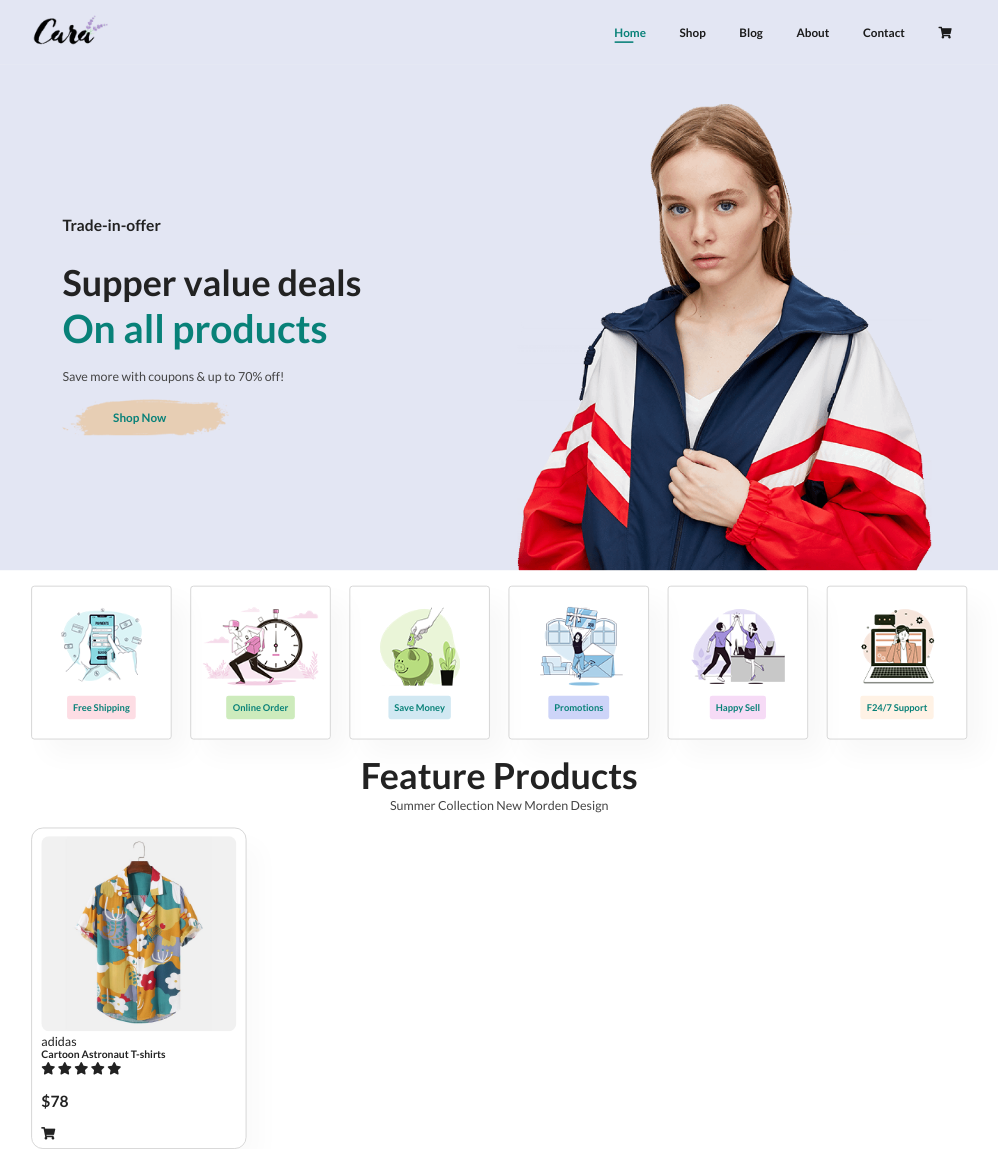
Repository: Nguyenductuan-dev/Website-Clothes
Page: index.html
These files come from the project's save history. The page is drawn as it stood at one moment and after the next save; the edit follows.
The browser window is 1280 px wide. The pictures show the whole page, at 78% of full size.

Above is the page before, as saved 2022-04-26 00:53:27.

### index.html
<!DOCTYPE html>
<html lang="en">
<head>
    <meta charset="UTF-8">
    <meta http-equiv="X-UA-Compatible" content="IE=edge">
    <meta name="viewport" content="width=device-width, initial-scale=1.0">
    <link rel="shortcut icon" href="assets/imgs/favicon.png" type="image/x-icon">
    <link rel="stylesheet" href="https://cdnjs.cloudflare.com/ajax/libs/font-awesome/5.15.1/css/all.min.css" />
    <link rel="preconnect" href="https://fonts.googleapis.com">
    <link rel="preconnect" href="https://fonts.gstatic.com" crossorigin>
    <link href="https://fonts.googleapis.com/css2?family=Lato:wght@400;700&family=Montserrat:ital,wght@0,200;0,300;0,400;0,500;0,600;0,700;1,600&display=swap" rel="stylesheet">
    <link rel="stylesheet" href="assets/css/style.css">
    <title>Website Clothes</title>
</head>
<body>
    <!-- ======================= HEADER ====================== -->
    <header class="header " id="header">
        <div class="header__container container">
            <a href="index.html" class="header__logo">
                <img src="assets/images/logo.png" alt="" class="header__logo-img">
            </a>

            <div class="navbar" id="navbar">
                <ul class="navbar__list">
                    <li class="navbar__item ">
                        <a href="index.html" class="navbar__link navbar__active">Home</a>
                    </li>
                    <li class="navbar__item">
                        <a href="shop.html" class="navbar__link">Shop</a>
                    </li>
                    <li class="navbar__item">
                        <a href="blog.html" class="navbar__link">Blog</a>
                    </li>
                    <li class="navbar__item">
                        <a href="about.html" class="navbar__link">About</a>
                    </li>
                    <li class="navbar__item">
                        <a href="contact.html" class="navbar__link">Contact</a>
                    </li>
                    <li class="navbar__item">
                        <a href="cart.html" class="navbar__link">
                            <i class="fas fa-shopping-cart"></i>
                        </a>
                    </li>
                </ul>
            </div>
        </div>
    </header>

    <!-- ======================= BANNER ====================== -->
    <section class="banner" id="banner">
        <div class="banner__container container">
            <h4>Trade-in-offer</h4>
            <h2>Supper value deals</h2>
            <h1>On all products</h1>
            <p>Save more with coupons & up to 70% off!</p>
            <button class="banner__btn">
                Shop Now
            </button>
        </div>
    </section>

    <!-- ======================= FEATURE ====================== -->
    <section class="feature container" id="feature">
        <div class="feature__box">
            <img src="assets/images/features/f1.png" alt="" class="feature__img">
            <h6 class="feature__title">Free Shipping</h6>
        </div>
        <div class="feature__box">
            <img src="assets/images/features/f2.png" alt="" class="feature__img">
            <h6 class="feature__title">Online Order</h6>
        </div>
        <div class="feature__box">
            <img src="assets/images/features/f3.png" alt="" class="feature__img">
            <h6 class="feature__title">Save Money</h6>
        </div>
        <div class="feature__box">
            <img src="assets/images/features/f4.png" alt="" class="feature__img">
            <h6 class="feature__title">Promotions</h6>
        </div>
        <div class="feature__box">
            <img src="assets/images/features/f5.png" alt="" class="feature__img">
            <h6 class="feature__title">Happy Sell</h6>
        </div>
        <div class="feature__box">
            <img src="assets/images/features/f6.png" alt="" class="feature__img">
            <h6 class="feature__title">F24/7 Support</h6>
        </div>
    </section>

    <!-- ======================= PRODUCTS ====================== -->
    <section class="product1 container" id="product1">
        <div class="product1__heading">
            <h2 class="product1__heading-title">Feature Products</h2>
            <p class="product1__heading-description">Summer Collection New Morden Design</p>
        </div>
        <div class="product1__list">
            <div class="product1__item">
                <a href="" class="product1__link">
                    <img src="assets/images/products/f1.jpg" alt="" class="product1__img">
                    <div class="product1__des">
                        <span class="product1__brand">adidas</span>
                        <h5 class="product1__title">Cartoon Astronaut T-shirts</h5>
                        <div class="product1__rate">
                            <i class="fas fa-star"></i>
                            <i class="fas fa-star"></i>
                            <i class="fas fa-star"></i>
                            <i class="fas fa-star"></i>
                            <i class="fas fa-star"></i>
                        </div>
                        <h4 class="product1__price">$78</h4>
                    </div>
                    <a href="#" class="product1__cart">
                        <i class="fas fa-shopping-cart"></i>
                    </a>
                </a>
            </div>
        </div>
    </section>

    <script src="assets/js/main.js"></script>
</body>
</html>

### assets/css/style.css
* {
    margin: 0;
    padding: 0;
    box-sizing: border-box;
    font-family: 'Lato', sans-serif;
}
h1 {
    font-size: 50px;
    line-height: 64px;
    color: #222;
}
h2 {
    font-size: 46px;
    line-height: 54px;
    color: #222;
}

h4 {
    font-size: 20px;
    line-height: 64px;
    color: #222;
}
h6 {
    font-weight: 700;
    font-size: 12px;
}
p {
    font-size: 16px;
    color: #444;
}
a {
    text-decoration: none;
    color: #222;
}
ul, li {
    list-style: none;
    padding: 0;
    margin: 0;
}
body {
    width: 100%;
}
.container {
    max-width: 1200px;
    margin: auto;
}
/* ================ HEADER =================== */
.header {
    background-color: #e3e6f3;
    box-shadow: 0 5px 15px rgba(0, 0, 0, .06);
    padding: 20px 0;
}
.header__container {
    max-width: 1200px;
    display: flex;
    justify-content: space-between;
    align-items: center;
    margin: auto;
}
.navbar {
    display: inline-block;
}
.navbar__item {
    display: inline-block;
    list-style: none;
    padding: 0 20px;
    position: relative;
}
.navbar__link {
    text-decoration: none;
    color: #1a1a1a;
    font-size: 15px;
    font-weight: 600;
    transition: .3s ease;

}
.navbar__link:hover,
.navbar__link.navbar__active {
    color: #088178;
}
.navbar__active::after,
.navbar__link:hover::after {
    content: '';
    width: 30%;
    height: 2px;
    background-color: #088178;
    position: absolute;
    bottom: -4px;
    left: 20px;
}
.scroll-header {
    position: fixed;
    top: 0;
    left: 0;
    width: 100%;
    padding: 10px 0;
    transition: .4s;
}
/* ================ BANNER =================== */
.banner {
    background-image: url('../images/hero4.png');
    width: 100%;
    background-position: top 25% right 0;
    background-size: cover;
    padding: 0 80px;
}
.banner__container {
    display: flex;
    height: 90vh;
    flex-direction: column;
    align-items: flex-start;
    justify-content: center;
}
.banner__container h4 {
    padding-bottom: 15px;
}
.banner__container h1 {
    color: #088178;
}
.banner__container p {
    padding: 20px 0;
}
.banner__container .banner__btn {
    background-image: url('../images/button.png');
    background-color: transparent;
    color: #088178;
    border: none;
    padding: 14px 80px 14px 65px;
    background-repeat: no-repeat;
    cursor: pointer;
    font-weight: 700;
    font-size: 15px;
}
/* ================ FEATURE =================== */
.feature {
    display: flex;
    justify-content: space-between;
    align-items: center;
    flex-wrap: wrap;
}
.feature__box {
    width: 180px;
    box-shadow: 20px 20px 34px rgba(0, 0, 0, .03);
    border: 1px solid #ccc;
    text-align: center;
    padding: 25px 15px;
    border-radius: 4px;
    margin-top: 20px;
}
.feature__box:hover {
    box-shadow: 10px 10px 54px rgba(70, 62, 211, .1);
}
.feature__img {
    width: 100%;
    margin-bottom: 10px;
}
.feature__title {
    padding: 9px 8px;
    line-height: 1;
    border-radius: 3px;
    color: #088178;
    background-color: #fddde4;
    display: inline-block;
}
.feature__box:nth-child(2) .feature__title {
    background-color: #cdebbc;
}
.feature__box:nth-child(3) .feature__title {
    background-color: #d1e8f2;
}
.feature__box:nth-child(4) .feature__title {
    background-color: #cdd4f8;
}
.feature__box:nth-child(5) .feature__title {
    background-color: #f6dbf6;
}
.feature__box:nth-child(6) .feature__title {
    background-color: #fff2e5;
}

/* ================ PRODUCT 1 =================== */
.product1 {
    margin-top: 20px;
}
.product1__heading {
    text-align: center;
}
.product1__list {
    margin-top: 20px;
}
.product1__item {
    width: 23%;
    min-width: 250px;
    padding: 10px 12px;
    border: 1px solid #ccc;
    box-shadow: 20px 20px 30px rgba(0, 0, 0, .02);
    border-radius: 15px;
    margin-top: 15px;
    transition: .2s ease;
    cursor: pointer;
}
.product1__item:hover {
    box-shadow: 20px 20px 30px rgba(0, 0, 0, .06);
}
.product1__img {
    width: 100%;
    border-radius: 10px;
}

### assets/js/main.js
/* ================ SCROLL HEADER ================*/
function scrollheader() {
    let header = document.getElementById('header');
    if (this.scrollY >= 200) {
        header.classList.add('scroll-header');
    }
    else {
        header.classList.remove('scroll-header');
    }
}
window.addEventListener('scroll', scrollheader);

After the next save:
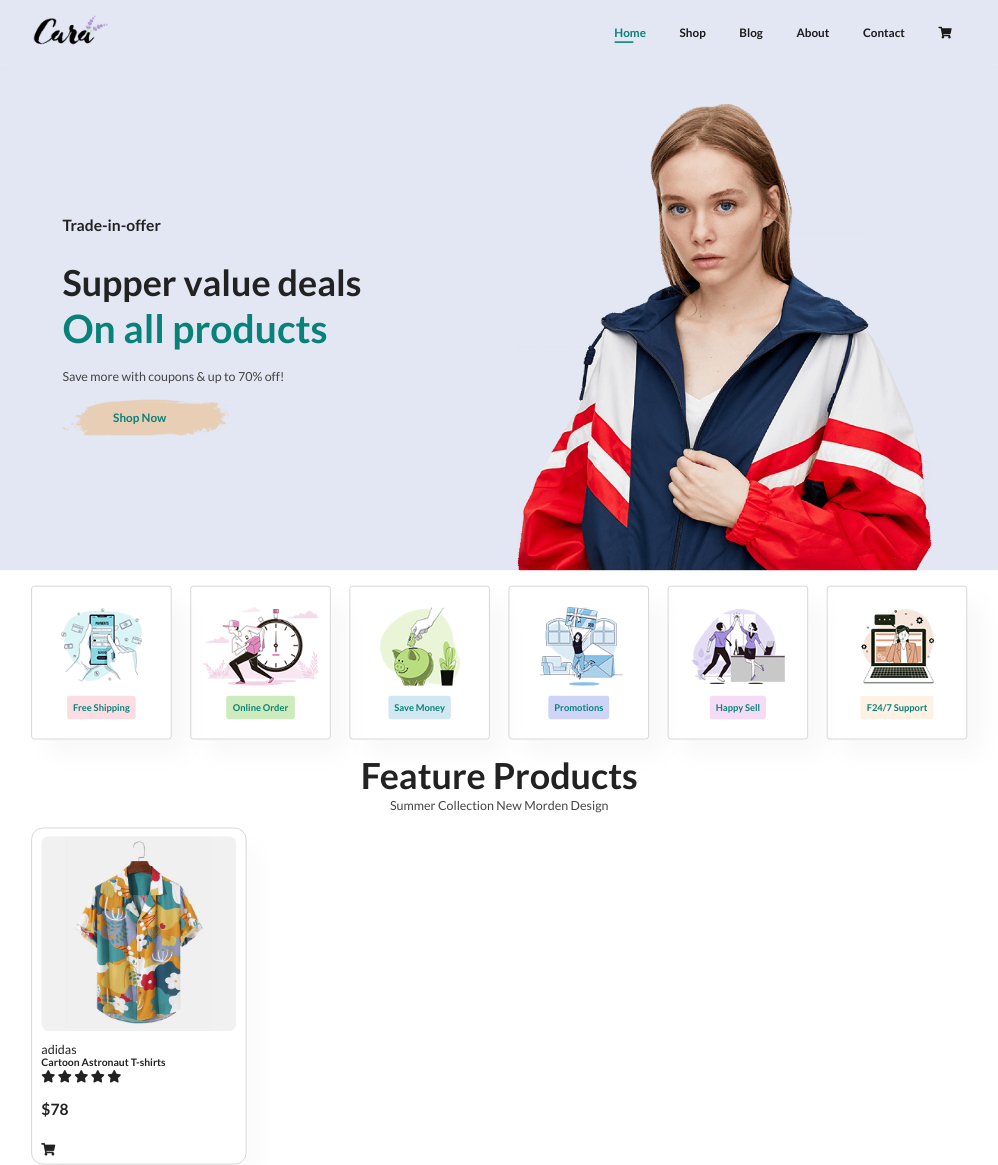
Saved 74 s later.
--- a/assets/css/style.css
+++ b/assets/css/style.css
@@ -206,3 +206,6 @@ body {
     width: 100%;
     border-radius: 10px;
 }
+.product1__des {
+    padding: 10px 0;
+}
